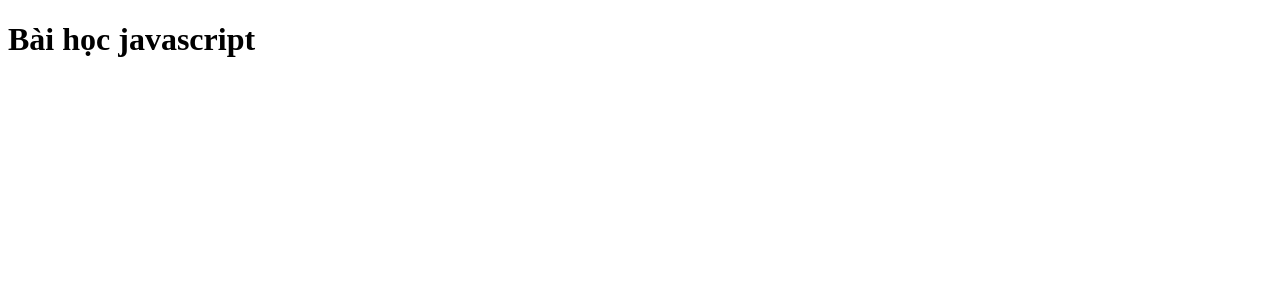
Repository: NgocVinh31/testjs
Page: number/index.html
The author's editor kept a copy of each file at every save. The page is drawn from the files as they stood at one save, then again after a run of saves.
The browser window is 1280 px wide. The pictures show the whole page.

Above is the page before, as saved 2021-07-08 00:11:31.

### number/index.html
<!DOCTYPE html>
<html lang="en">
<head>
    <meta charset="UTF-8">
    <meta http-equiv="X-UA-Compatible" content="IE=edge">
    <meta name="viewport" content="width=device-width, initial-scale=1.0">
    <title>Document</title>
</head>
<body>
    <h1>Bài học javascript </h1>
    <script src="./number.js"></script>
</body>
</html>

Loaded but not shown: number/number.js (no stored copy; drawn as an empty file)

After the next 2 saves:
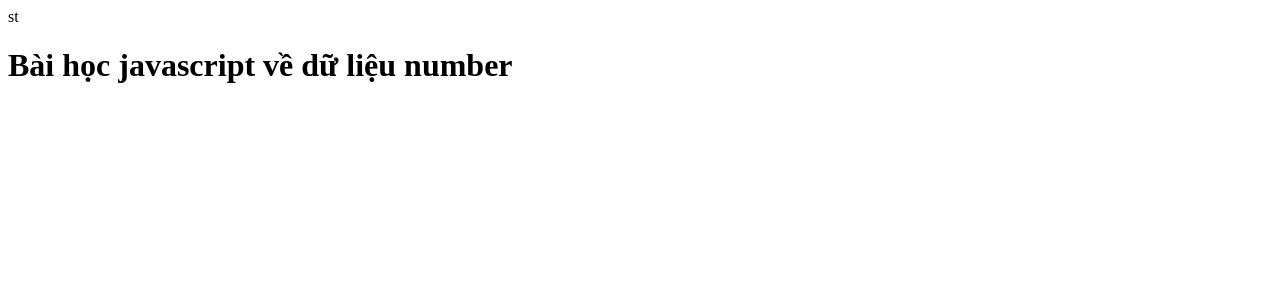
The 2 saves are shown as one change because they came seconds apart.
The last was saved 11 s later.
--- a/number/index.html
+++ b/number/index.html
@@ -7,7 +7,8 @@
     <title>Document</title>
 </head>
 <body>
-    <h1>Bài học javascript </h1>
+    st
+    <h1>Bài học javascript về dữ liệu number</h1>
     <script src="./number.js"></script>
 </body>
 </html>
